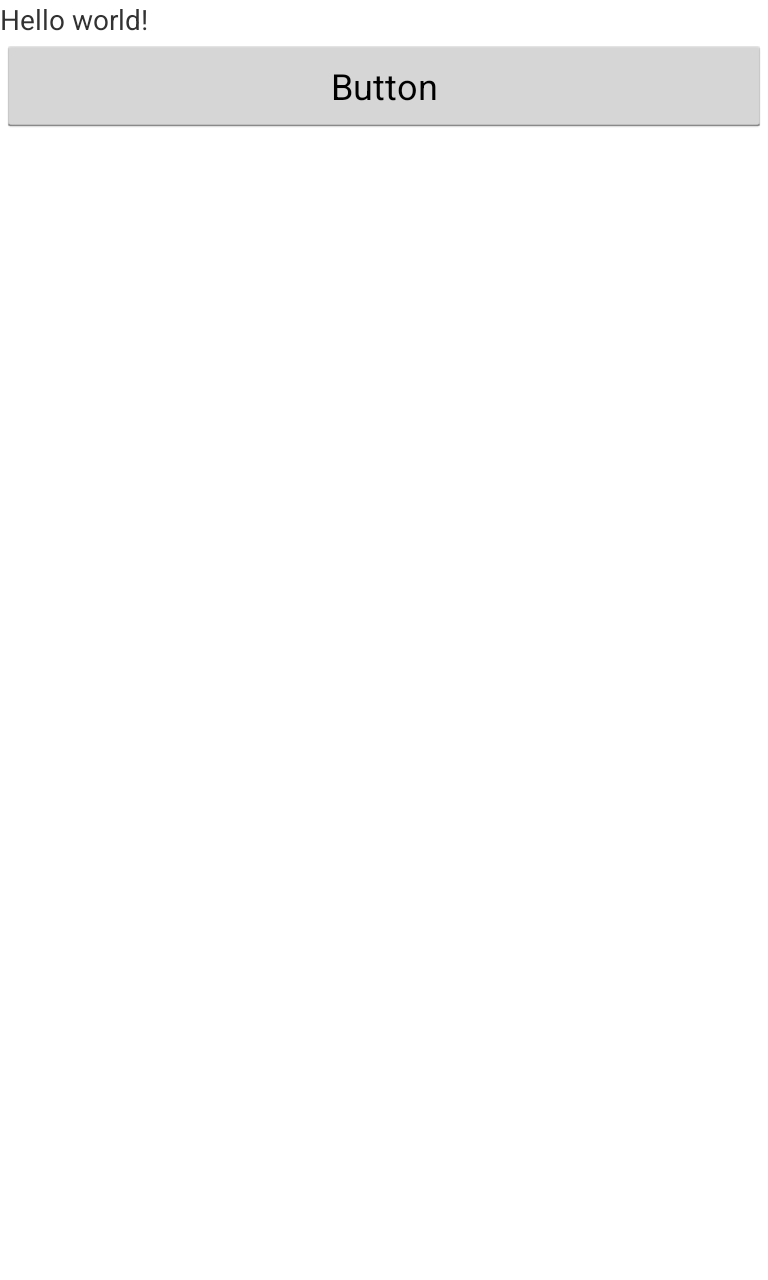
Repository: moetmd/learning-Android
Layout: ContentProviderDemo/res/layout/activity_main.xml
An editor plug-in stored every save of this project. The layout is shown before and after the next save, followed by the edit.
It is drawn on a 768 x 1280 px phone screen (xhdpi) without system bars, with theme AppTheme; the app's code is not run.

Above is the layout before, as saved 2014-11-19 02:47:29.

After the next save:
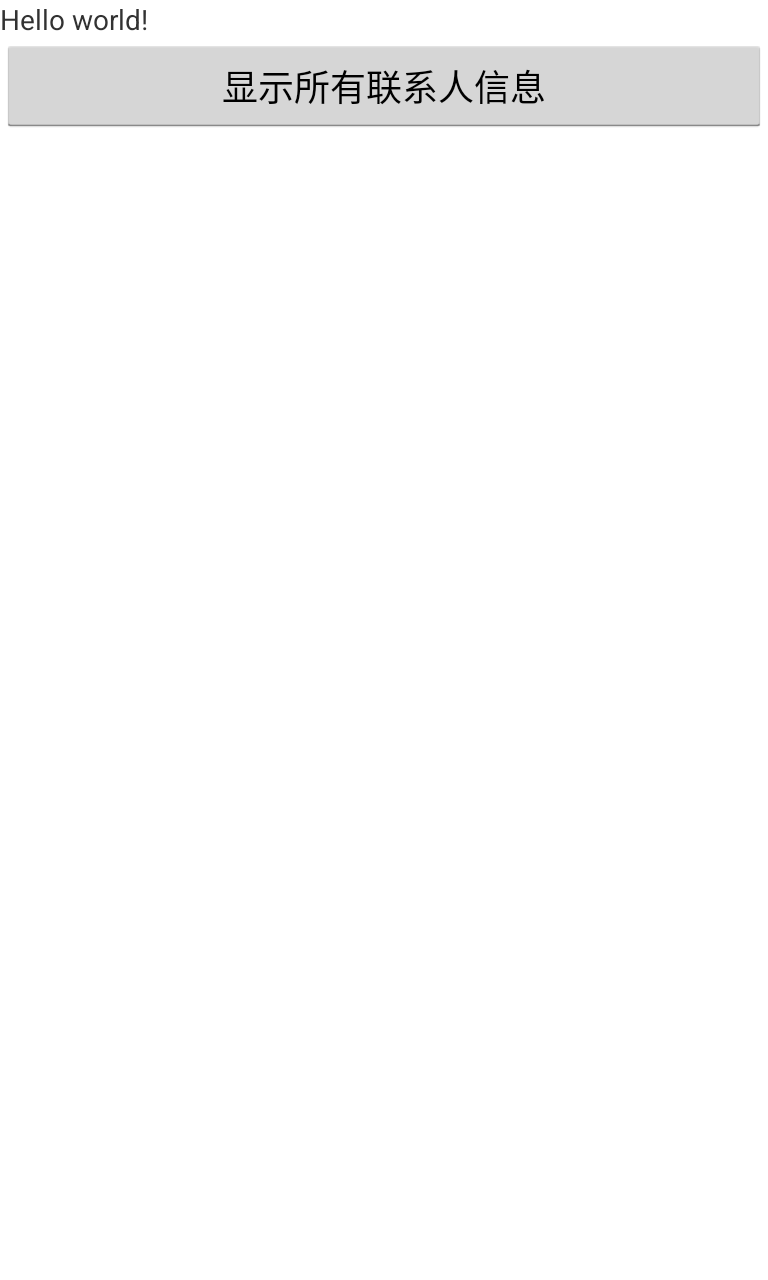
Saved 13 s later.
--- a/ContentProviderDemo/res/layout/activity_main.xml
+++ b/ContentProviderDemo/res/layout/activity_main.xml
@@ -22,7 +22,7 @@
 	    android:id="@+id/button1"
 	    android:layout_width="match_parent"
 	    android:layout_height="wrap_content"
-	    android:text="Button" />
+	    android:text="显示所有联系人信息" />
 
 	</LinearLayout>
 
